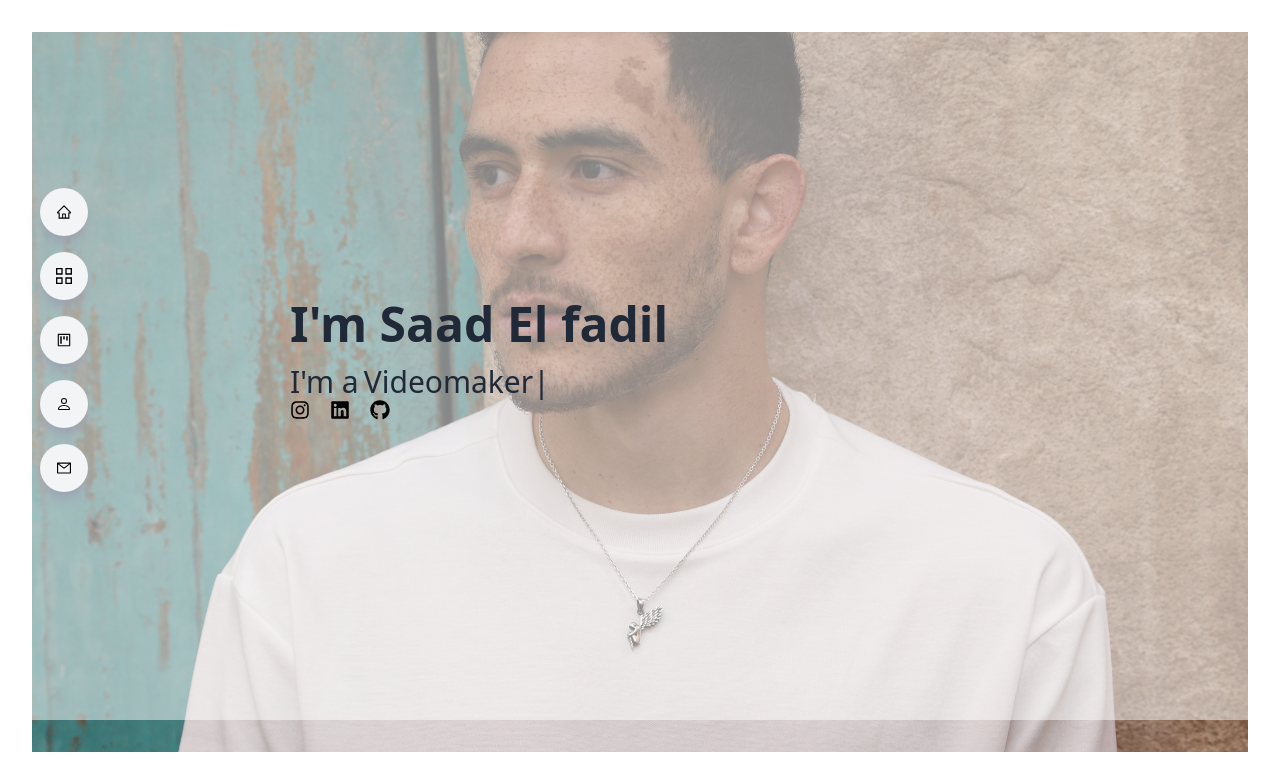
Repository: Saadelfadil/saadelfadil.github.io
Page: /
These files come from the project's save history. The page is drawn as it stood at one moment and after the next save; the edit follows.
The browser window is 1280 px wide. The pictures show the whole page.
The project was rebuilt for these pictures with package versions that can differ from the ones it lists, and the page was loaded fresh each time. Also part of the build but not shown: vite.config.js.

Above is the page before, as saved 2023-02-26 17:07:22.

After the next save:
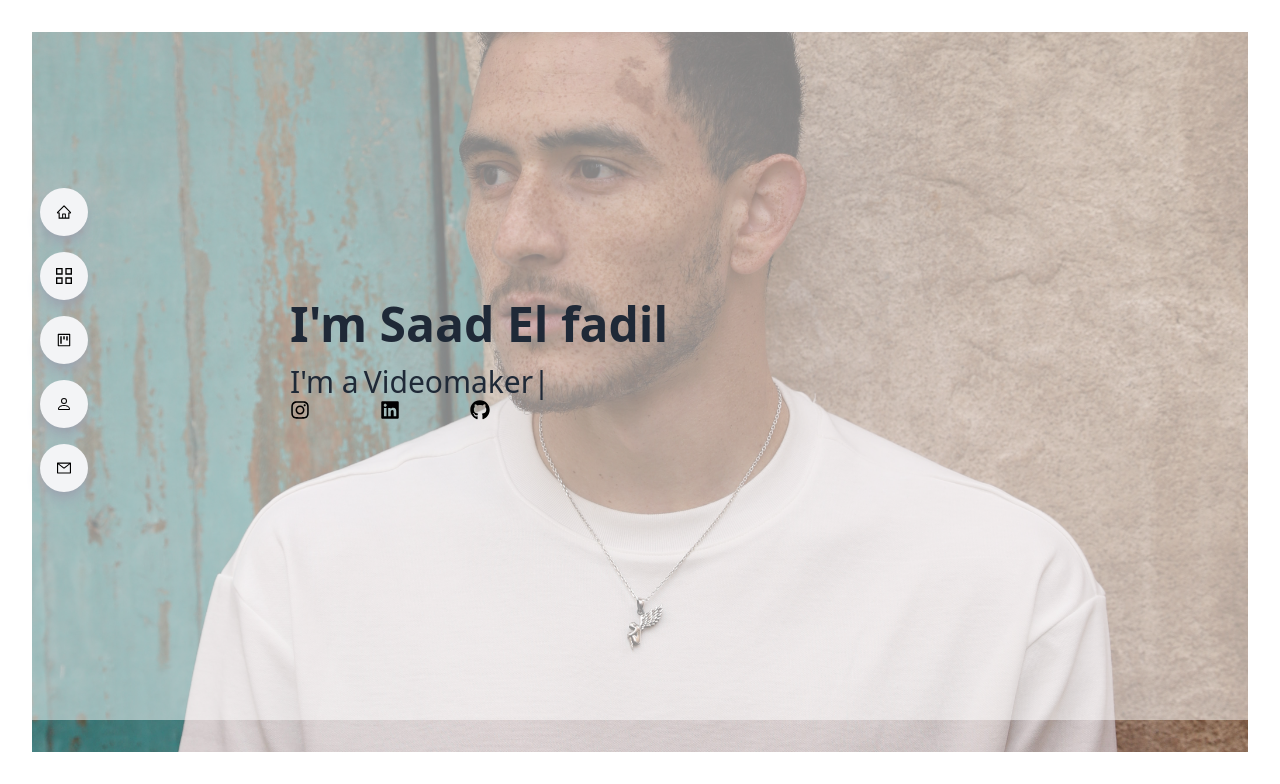
Saved 17 s later.
--- a/src/components/Main.jsx
+++ b/src/components/Main.jsx
@@ -23,7 +23,7 @@ const Main = () => {
                         style={{ fontSize: '1em', paddingLeft: "5px" }}
                     />
                 </h2>
-                <div className="flex justify-between max-w-[100px] w-full">
+                <div className="flex justify-between max-w-[200px] w-full">
                         <FaInstagram size={20} className="cursor-pointer"/>
                         <FaLinkedin size={20} className="cursor-pointer"/>
                         <FaGithub size={20} className="cursor-pointer"/>
